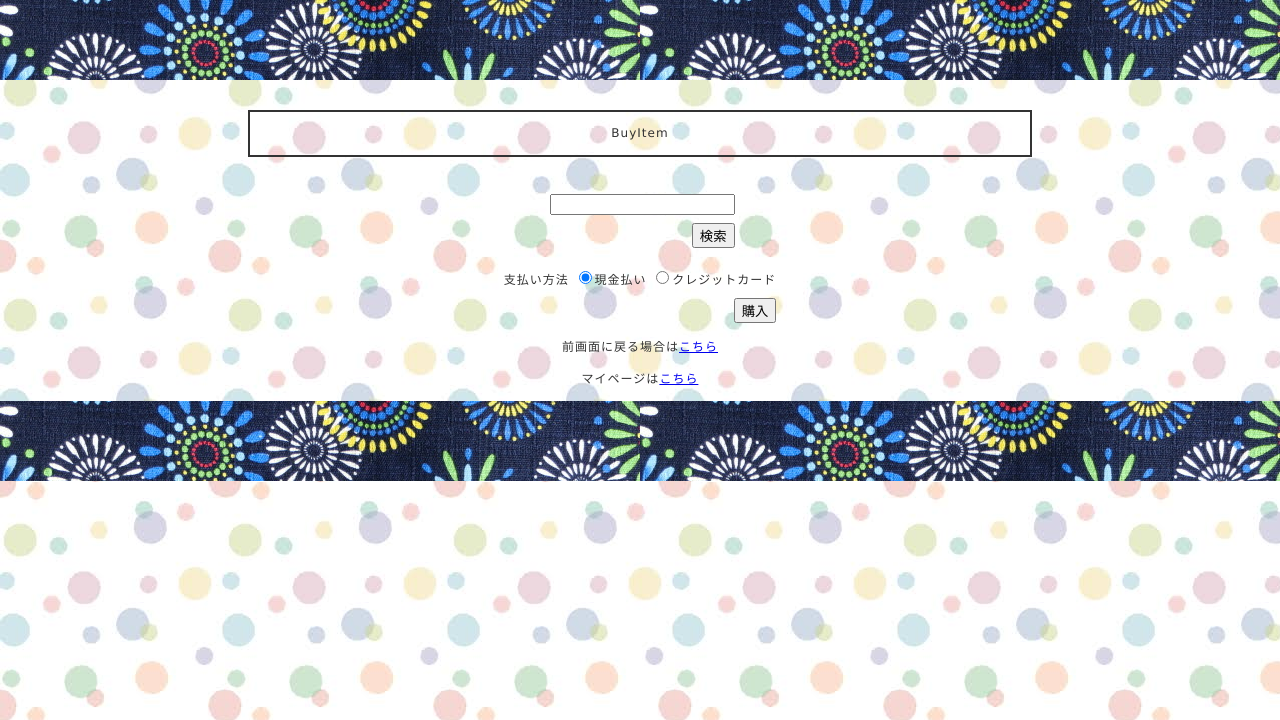
Repository: rt-1217/j2
Page: http://localhost/ecsite01/buyItem.jsp
An editor plug-in stored every save of this project. The page is shown before and after the next save, followed by the edit.
The browser window is 1280 px wide. The pictures show the whole page.
The page is served by Tomcat 9.

Above is the page before, as saved 2018-05-29 01:36:03.

After the next save:
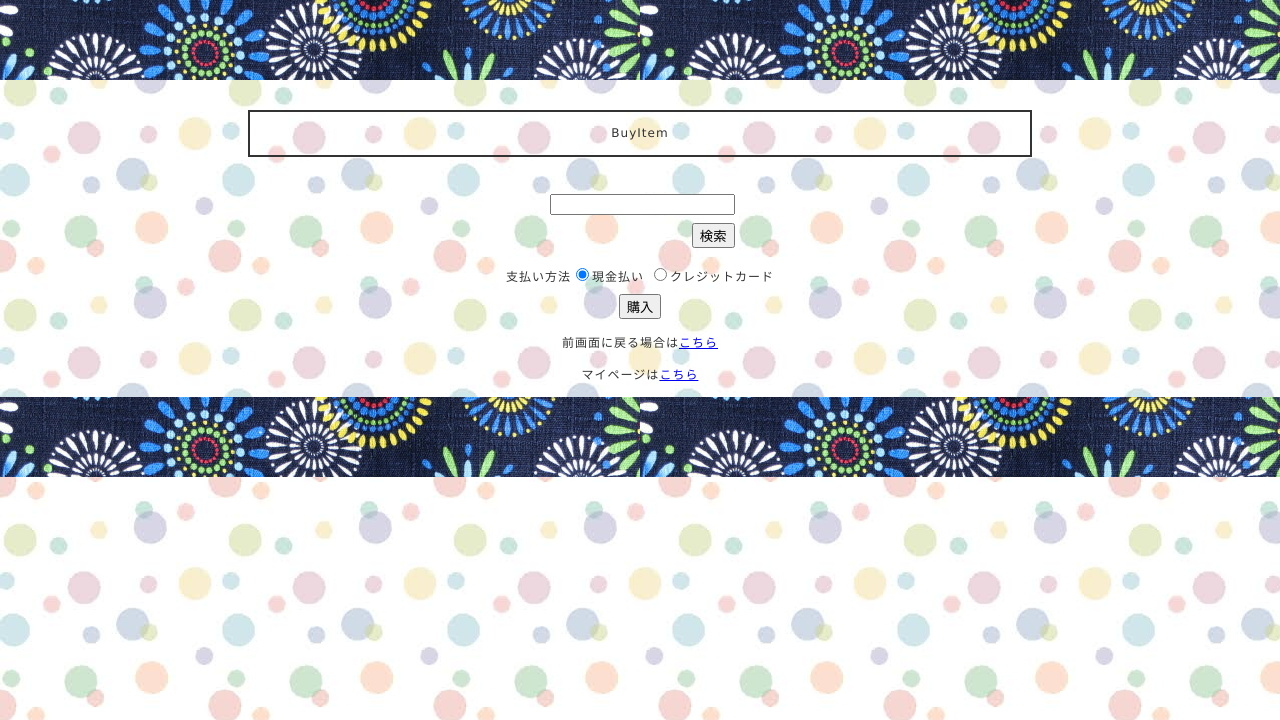
Saved 3 min 30 s later.
--- a/ecsite01/WebContent/buyItem.jsp
+++ b/ecsite01/WebContent/buyItem.jsp
@@ -108,7 +108,7 @@
 
 <div class="clear"></div>
 
-<tr><td>
+<div class="pay-push"></div>
 <span>支払い方法</span>
 
 <input type="radio" name="pay" value="1" checked="checked">現金払い
